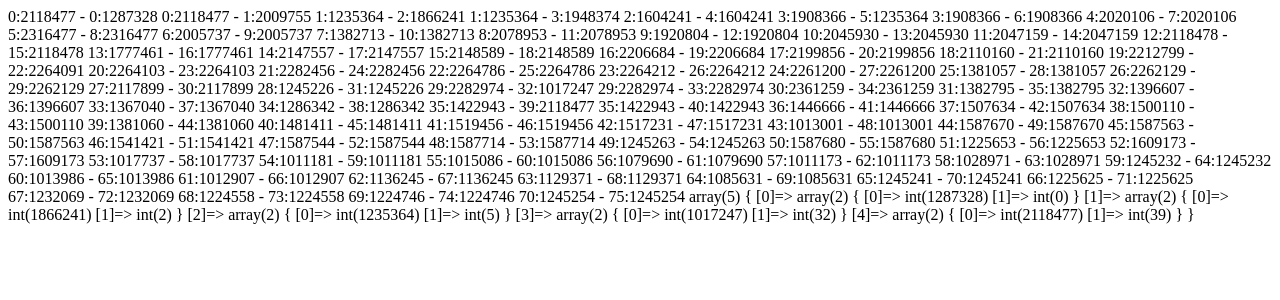
Repository: lokkie/php-simple_framework
Page: http://localhost/tests/UpdateTest.php
The author's editor kept a record of every edit. The page is drawn from the files as they stood at one moment, then again after the next edit.
The browser window is 1280 px wide. The pictures show the whole page.
The page is run by PHP 8.4 with error messages shown; the project is at /var/www/html/.

Above is the page before.

### tests/UpdateTest.php
<?php

// function updateItems ( array $ids, array $positions )
// {

// 	$rows = [
// 			['id' => 4451, 'position' => 0],
// 			['id' => 47751, 'position' => 0],
// 			['id' => 55714, 'position' => 3],
// 			['id' => 1234, 'position' => 0],
// 			['id' => 44716, 'position' => 0],
// 			['id' => 5218841, 'position' => 1],
// 			['id' => 871974, 'position' => 5]
// 		];

// 	$processing = true;
// 	$indexLocal = 0;
// 	$indexRemote = 0;
// 	$updatesList = [];
// 	while ( $processing ) {
// 		echo "{$indexLocal}:{$rows[$indexLocal]['id']} - {$indexRemote}:{$ids[$indexRemote]} ";
// 		if ( $ids[$indexRemote] == $rows[$indexLocal]['id'] ) {
// 			echo " ids are the same... ";
// 			if ($rows[$indexLocal]['position'] != 0 &&
// 				$rows[$indexLocal]['position'] != $positions[$indexRemote] ) {
// 					echo "p {$rows[$indexLocal]['position']} :: {$positions[$indexRemote]} updating ";
// 					array_push($updatesList, [$ids[$indexRemote], $positions[$indexRemote]]);
// 				}
// 			$indexLocal++;
// 		} else {
// 			echo " ids different, updating ";
// 			array_push($updatesList, [$ids[$indexRemote], $positions[$indexRemote]]);
// 			for ($iter = $indexLocal+1; $iter < count($rows); $iter++) {
// 				if ($rows[$iter]['id'] == $ids[$indexRemote]) {
// 					array_splice($rows, $iter, 1);
// 					break;
// 				}
// 			}
// 		}
// 		$indexRemote++;
// 		echo "\n";
// 		if ( $indexRemote >= count($ids) ) {
// 			$processing = false;
// 		}
// 	}

// 	var_dump([
// 		'indexRemote' => $indexRemote,
// 		'indexLocal' => $indexLocal,
// 		'ids' => $ids,
// 		'positions' => $positions,
// 		'updatesList' => $updatesList
// 		]);
// }

/* updateItems(
	[1234, 4451, 47751, 55714, 44716, 871974, 5218841],
	[1,2,3,4,5,6,7]
	); */



ini_set('memory_limit', '2048M');

function updateItems2 (array $ids) {
	$nonPositioned = [2118477, 2009755, 1235364, 1948374, 1604241, 1866241,
					1908366, 2020106, 2316477, 2005737, 1382713, 2078953,
					1920804, 2045930, 2047159, 2118478, 1777461, 2147557,
					2148589, 2206684, 2199856, 2110160, 2212799, 2264091,
					2264103, 2282456, 2264786, 2264212, 2261200, 1381057,
					2262129, 2117899, 1245226, 2282974, 2361259, 1382795,
					1396607, 1367040, 1286342, 1287328, 1422943, 1446666,
					1507634, 1500110, 1381060, 1481411, 1519456, 1517231,
					1013001, 1587670, 1587563, 1541421, 1587544, 1587714,
					1245263, 1587680, 1225653, 1609173, 1017247, 1017737,
					1011181, 1015086, 1079690, 1011173, 1028971, 1245232,
					1013986, 1012907, 1136245, 1129371, 1085631, 1245241,
					1225625, 1232069, 1224558, 1224746, 1245254];
	$positioned = [];

	$localIndex = 0;
	$stepSize = 1;
	$itemsToUpdate = [];
	for ( $remoteIndex = 0; $remoteIndex < count($ids); $remoteIndex++ ) {
		$positionOnScreen = $remoteIndex + 1;
		echo "{$localIndex}:{$nonPositioned[$localIndex]} - {$remoteIndex}:{$ids[$remoteIndex]}\n";
		if ( $nonPositioned[$localIndex] == $ids[$remoteIndex] ) { // position non changed
			$localIndex++;
		} else if ( isset($nonPositioned[$localIndex + 1] )
			&& $nonPositioned[$localIndex + 1] == $ids[$remoteIndex] ) {
//			$position = array_search($nonPositioned[$localIndex], $ids[$remoteIndex]);
			$positioned[$localIndex] = $nonPositioned[$localIndex];
			array_splice($nonPositioned, $localIndex, 1);
			$localIndex++;
		} else  if ( isset($positioned[$remoteIndex]) && $positioned[$remoteIndex] == $ids[$remoteIndex] ) { // position non changed
				continue;
		} else {
			if (false !== $index = array_search($ids[$remoteIndex], $positioned)) {
				unset($positioned[$index]);
			} else {
				$index = array_search($ids[$remoteIndex], $nonPositioned);
				array_splice($nonPositioned, $index, 1);
			}
			array_push($itemsToUpdate, [$ids[$remoteIndex], $remoteIndex]);
		}
	}

	var_dump($itemsToUpdate);
}


updateItems2([1287328, 2009755, 1866241, 1948374, 1604241, 1235364,
					1908366, 2020106, 2316477, 2005737, 1382713, 2078953,
					1920804, 2045930, 2047159, 2118478, 1777461, 2147557,
					2148589, 2206684, 2199856, 2110160, 2264091,
					2264103, 2282456, 2264786, 2264212, 2261200, 1381057,
					2262129, 2117899, 1245226, 1017247, 2282974, 2361259, 1382795,
					1396607, 1367040, 1286342, 2118477, 1422943, 1446666,
					1507634, 1500110, 1381060, 1481411, 1519456, 1517231,
					1013001, 1587670, 1587563, 1541421, 1587544, 1587714,
					1245263, 1587680, 1225653, 1609173, 1017737,
					1011181, 1015086, 1079690, 1011173, 1028971, 1245232,
					1013986, 1012907, 1136245, 1129371, 1085631, 1245241,
					1225625, 1232069, 1224558, 1224746, 1245254]);

// updateItems2([2282456, 2009755, 1235364, 1866241, 1948374, 1604241,
// 					1908366, 2020106, 2316477, 2005737, 1382713, 2078953,
// 					 2045930, 2047159, 2118478, 1777461, 2147557,
// 					2148589, 2206684, 2199856, 2110160, 2212799, 2264091,
// 					2264103, 2118477, 2264786, 1245254, 1028971, 2261200, 1381057,
// 					2262129, 2117899, 1245226, 2282974, 2361259, 1382795,
// 					1396607, 1367040, 1286342, 1287328, 1422943, 1446666,
// 					1507634, 1500110, 1381060, 1481411, 1519456, 1517231,
// 					1013001, 1587670, 1587563, 1541421, 1587544, 1587714,
// 					1245263, 1587680, 1225653, 1609173, 1017247, 1017737,
// 					1011181, 1015086, 1079690, 1011173, 1245232,
// 					1013986, 1012907, 1136245, 1129371, 1085631, 1920804, 1245241,
// 					1225625, 1232069, 1224558, 1224746, 2264212]);

After the next edit:
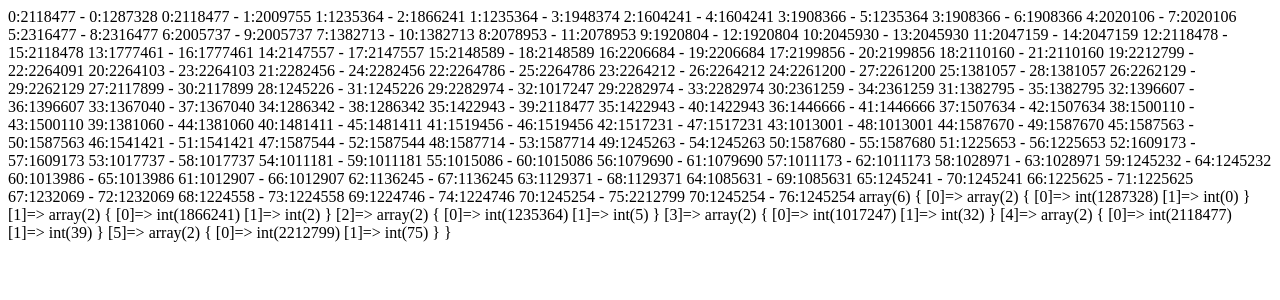
The edit:
--- a/tests/UpdateTest.php
+++ b/tests/UpdateTest.php
@@ -121,7 +121,7 @@
 					1245263, 1587680, 1225653, 1609173, 1017737,
 					1011181, 1015086, 1079690, 1011173, 1028971, 1245232,
 					1013986, 1012907, 1136245, 1129371, 1085631, 1245241,
-					1225625, 1232069, 1224558, 1224746, 1245254]);
+					1225625, 1232069, 1224558, 1224746, 2212799, 1245254]);
 
 // updateItems2([2282456, 2009755, 1235364, 1866241, 1948374, 1604241,
 // 					1908366, 2020106, 2316477, 2005737, 1382713, 2078953,
